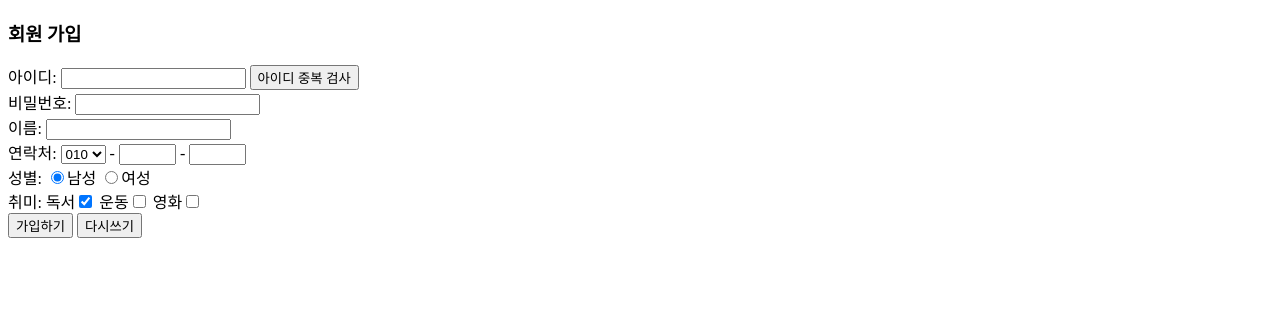
Repository: SJM7301/KH-JSP
Page: http://localhost/JSPBook/ch06/form04.jsp
An editor plug-in stored every save of this project. The page is shown before and after the next save, followed by the edit.
The browser window is 1280 px wide. The pictures show the whole page.
The page is served by Tomcat 10. Other server files are loaded and not shown.

Above is the page before, as saved 2025-02-05 00:49:24.

### JSPBook/src/main/webapp/ch06/form04.jsp
<%@ page language="java" contentType="text/html; charset=UTF-8"
    pageEncoding="UTF-8"%>
<!DOCTYPE html>
<html>
<head>
<meta charset="UTF-8">
<title>Insert title here</title>
</head>
<body>
	<h3>회원 가입</h3>
	<form action="#" name="member" method="post">
		<p>
			아이디: <input type="text" name="id"> <input type="button" value="아이디 중복 검사"> <br>
			비밀번호: <input type="password" name="passwd"> <br>
			이름: <input type="text" name="name"> <br>
			연락처: <select name="phone1">
					<option value="010">010</option>
					<option value="011">011</option>
					<option value="016">016</option>
					<option value="017">017</option>
					<option value="019">019</option>
				 </select>
				- <input type="text" maxlength="4" size="4" name="phone2">
				- <input type="text" maxlength="4" size="4" name="phone3"> <br>
			성별: <input type="radio" name="sex" value="남성" checked>남성
				<input type="radio" name="sex" value="여성">여성<br>
			취미: 독서<input type="checkbox" name="hobby1" checked>
				운동<input type="checkbox" name="hobby2">
				영화<input type="checkbox" name="hobby3"><br>
			<input type="submit" value="가입하기">
			<input type="reset" value="다시쓰기">
		</p>
	</form>
</body>
</html>

After the next save:
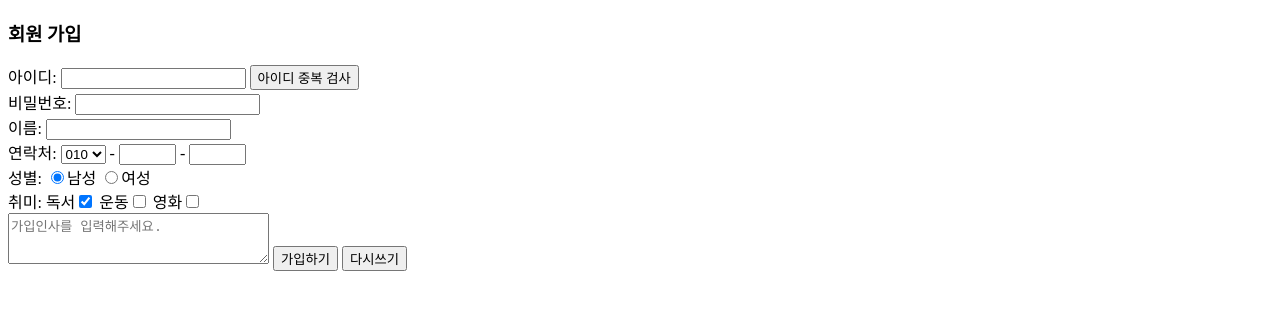
Saved 21 min 40 s later.
--- a/JSPBook/src/main/webapp/ch06/form04.jsp
+++ b/JSPBook/src/main/webapp/ch06/form04.jsp
@@ -27,6 +27,7 @@
 			취미: 독서<input type="checkbox" name="hobby1" checked>
 				운동<input type="checkbox" name="hobby2">
 				영화<input type="checkbox" name="hobby3"><br>
+			<textarea rows="3" cols="30" name="comment"placeholder="가입인사를 입력해주세요."></textarea>
 			<input type="submit" value="가입하기">
 			<input type="reset" value="다시쓰기">
 		</p>
